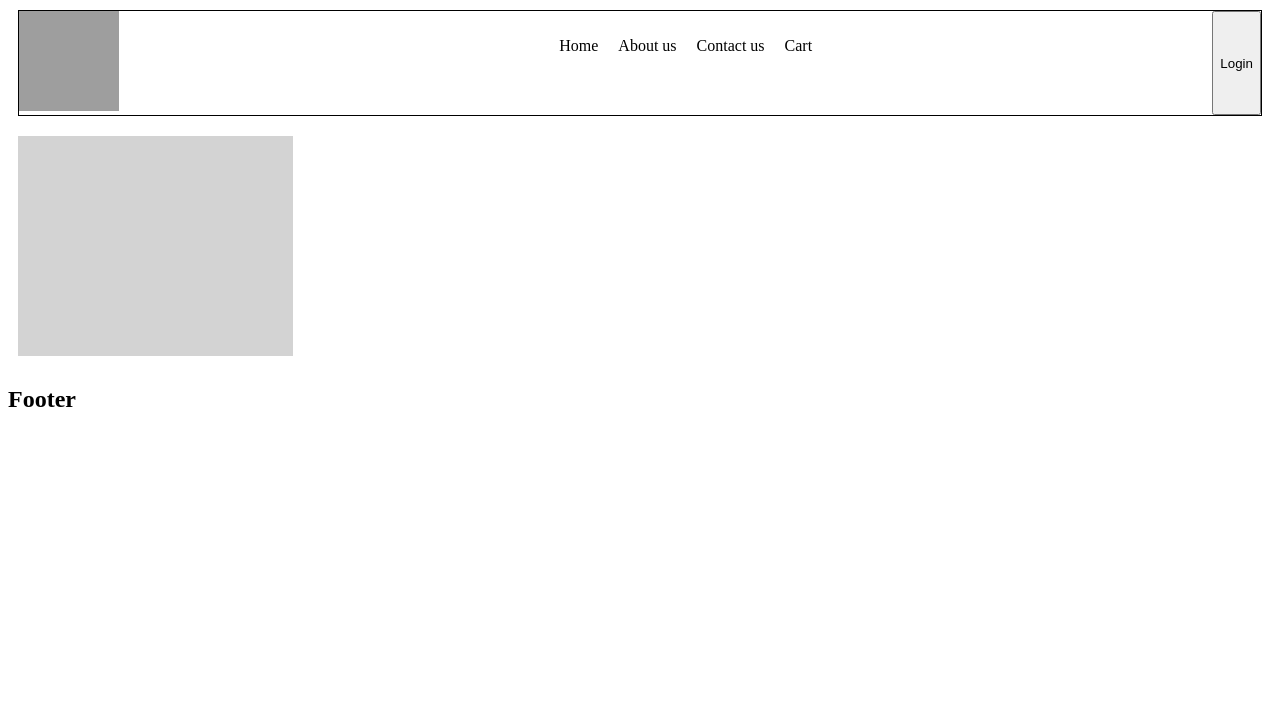
Repository: shivamv97/FOOD-VILLA-APP
Page: /
These files come from the project's save history. The page is drawn as it stood at one moment and after the next save; the edit follows.
The browser window is 1280 px wide. The pictures show the whole page.
Pictures or frames that could not be fetched are drawn as grey boxes. The page's requests for data from a server got no answer. The project was rebuilt for these pictures with package versions that can differ from the ones it lists, and the page was loaded fresh each time. No one was signed in, and anything a server would have sent is missing. Also part of the build but not shown: src/components/RestaurantCards.js.

Above is the page before, as saved 2024-08-02 19:17:22.

### index.html
<!DOCTYPE html>
<html lang="en">
  <head>
    <meta charset="UTF-8" />
    <meta name="viewport" content="width=device-width, initial-scale=1.0" />
    <title>Learning REACT</title>
    <link rel="stylesheet" href="style.css" />
  </head>
  <body>
    <div id="root">Not Rendered</div>
    <!-- <script
      crossorigin
      src="https://unpkg.com/react@18/umd/react.development.js"
    ></script>
    <script
      crossorigin
      src="https://unpkg.com/react-dom@18/umd/react-dom.development.js"
    ></script> -->
    <script type="module" src="src/App.js"></script>
  </body>
</html>

### style.css
.header {
  display: flex;
  justify-content: space-between;
  margin: 10px;
  border: 1px solid black;
}
.nav-items > ul {
  list-style-type: none;
  display: flex;
}

.nav-items > ul > li {
  padding: 10px;
}
.logo {
  width: 100px;
  height: 100px;
}

.card {
  width: 255px;
  border: 1px solid black;
  padding: 10px;
  margin: 10px;
  overflow-wrap: break-word;
}

.card > img {
  width: 100%;
}

.restaurant-list {
  display: flex;
  flex-wrap: wrap;
}

.shimmer-card {
  width: 255px;
  height: 200px;
  background: lightgrey;
  margin: 10px;
  padding: 10px;
}

### src/App.js
import React from "react";
import ReactDOM from "react-dom/client";
import HeaderComponent from "./components/Title";
import Body from "./components/Body";
import Footer from "./components/Footer";

/*
Header
   -logo
   -Nav item(right side)
   -cart
Body
   -Search bar
   -RestrauntList
     -RestrauntCard
     -Image
     -Name
     -Ratings
     -Cusines
Footer
     -Links
     -Copyrigh
*/

const AppLayout = () => {
  return (
    <>
      <HeaderComponent />
      <Body />
      <Footer />
    </>
  );
};

const root = ReactDOM.createRoot(document.getElementById("root"));

root.render(<AppLayout />); //it will override children of div element

### src/components/Title.js
import { useState } from "react";

const LoggedInUser = () => {
  //API used for authentication
  return true;
};

const Title = () => (
  <a href="/ ">
    <img
      className="logo"
      alt="logo"
      src="https://encrypted-tbn0.gstatic.com/images?q=tbn:ANd9GcTJtFXKFKFoihdrJEvX4jBtXqfcO2kJ0KAlIg&s"
    />
  </a>
);

const HeaderComponent = () => {
  const [isLoggedIn, setisLoggedIn] = useState(false);
  return (
    <div className="header">
      <Title />
      <div className="nav-items">
        <ul>
          <li>Home</li>
          <li>About us</li>
          <li>Contact us</li>
          <li>Cart</li>
        </ul>
      </div>
      {isLoggedIn ? (
        <button onClick={() => setisLoggedIn(false)}>Logout</button>
      ) : (
        <button onClick={() => setisLoggedIn(true)}>Login</button>
      )}
    </div>
  );
};

export default HeaderComponent;

### src/components/Body.js
import { restaurantlist } from "../config";
import RestrauntCard from "./RestaurantCards";
import { useState, useEffect } from "react";
import Shimmer from "./shimmer";

function filterdata(searchText, restaurants) {
  return restaurants.filter((restaurant) =>
    restaurant.info.name.toLowerCase().includes(searchText.toLowerCase())
  );
}

const Body = () => {
  // const searchTxt = "KFC"; //for reference...(IN JS)
  const [AllRestaurants, setAllRestaurants] = useState([]);
  const [FilteredRestaurants, setFilteredRestaurants] = useState([]); //restaurantlist
  const [searchText, setsearchText] = useState(""); //To create state variable.......(IN REACT)
  // console.log("render()");

  useEffect(() => {
    //API call
    GetRestaurants();
  }, []);

  async function GetRestaurants() {
    const data = await fetch(
      "https://www.swiggy.com/dapi/restaurants/list/v5?lat=28.7040592&lng=77.10249019999999&collection=83667"
    );
    const json = await data.json();
    console.log(json);
    //you have to make change only in line 32,in cards[i],where i is keep changing in the above api link,try from 0-11
    //it's an config-driven UI,Hence,it's Grid Element position keeps on changing.......
    setAllRestaurants(
      json?.data?.cards[1]?.card?.card?.gridElements?.infoWithStyle?.restaurants
    );
    setFilteredRestaurants(
      json?.data?.cards[1]?.card?.card?.gridElements?.infoWithStyle?.restaurants
    );
  }

  console.log("render");

  //Don't render component(Early Return)
  // if (!AllRestaurants) return null;
  // if (FilteredRestaurants?.length === 0) return <h1>No Restaurants Found!</h1>;

  //Conditional rendering
  return AllRestaurants?.length == 0 ? (
    <Shimmer />
  ) : (
    <>
      <div className="search-box">
        <input
          type="text"
          className="search-input"
          placeholder="Search"
          value={searchText}
          onChange={(e) => {
            setsearchText(e.target.value);
          }}
        />
        <button
          className="search-btn"
          onClick={() => {
            //filter the data according to need
            const data = filterdata(searchText, AllRestaurants);
            setFilteredRestaurants(data);
            //need to update the state-restaurants
          }}
        >
          Search
        </button>
      </div>
      <div className="restaurant-list">
        {
          FilteredRestaurants.map((restaurant) => {
            return (
              <RestrauntCard key={restaurant.info.id} {...restaurant.info} />
            );
          })
          //H.W. => 1.PROPER PLACE FOR NO RESTAURANTS FOUND   2.SEARCH WENT OFF WHEN IT IS SHOWING NO RESTAURANTS FOUND..........
        }
      </div>
    </>
  );
};

export default Body;

### src/components/Footer.js
const Footer = () => {
  return <h2>Footer</h2>;
};

export default Footer;

### src/config.js
//PUT MY all Hard Coded File Here
export const Img_cdn_url =
  "https://media-assets.swiggy.com/swiggy/image/upload/fl_lossy,f_auto,q_auto,w_660/";

//Config Driven UI
export const restaurantlist = [
  //public API of Swiggy
  {
    "@type": "type.googleapis.com/swiggy.presentation.food.v2.Restaurant",
    info: {
      id: "8561",
      name: "Mughlai Junction",
      cloudinaryImageId: "tnl2yuuxi8zjbgru6iqj",
      locality: "Connaught Place",
      areaName: "Connaught Place",
      costForTwo: "₹600 for two",
      cuisines: ["Mughlai", "North Indian", "Tandoor"],
      avgRating: 4.3,
      parentId: "5354",
      avgRatingString: "4.3",
      totalRatingsString: "10K+",
      promoted: true,
      adTrackingId:
        "cid=15007607~p=0~adgrpid=15007607#ag1~mp=SWIGGY_IN~bl=FOOD~aet=RESTAURANT~aeid=8561~eid=321f01bc-98c6-405c-89d6-b18422bb8f70~srvts=1721229990431~collid=83639",
      sla: {
        deliveryTime: 37,
        lastMileTravel: 4.8,
        serviceability: "SERVICEABLE",
        slaString: "35-40 mins",
        lastMileTravelString: "4.8 km",
        iconType: "ICON_TYPE_EMPTY",
      },
      availability: {
        nextCloseTime: "2024-07-17 23:00:00",
        opened: true,
      },
      badges: {},
      isOpen: true,
      type: "F",
      badgesV2: {
        entityBadges: {
          textExtendedBadges: {},
          textBased: {},
          imageBased: {},
        },
      },
      aggregatedDiscountInfoV3: {
        header: "10% OFF",
        subHeader: "UPTO ₹35",
      },
      orderabilityCommunication: {
        title: {},
        subTitle: {},
        message: {},
        customIcon: {},
      },
      differentiatedUi: {
        displayType: "ADS_UI_DISPLAY_TYPE_ENUM_DEFAULT",
        differentiatedUiMediaDetails: {
          mediaType: "ADS_MEDIA_ENUM_IMAGE",
          lottie: {},
          video: {},
        },
      },
      reviewsSummary: {},
      displayType: "RESTAURANT_DISPLAY_TYPE_DEFAULT",
      restaurantOfferPresentationInfo: {},
      externalRatings: {
        aggregatedRating: {
          rating: "4.4",
          ratingCount: "1K+",
        },
        source: "GOOGLE",
        sourceIconImageId: "v1704440323/google_ratings/rating_google_tag",
      },
      ratingsDisplayPreference: "RATINGS_DISPLAY_PREFERENCE_SHOW_SWIGGY",
    },
    analytics: {},
    cta: {
      link: "swiggy://menu?restaurant_id=8561&source=collection&query=Biryani",
      text: "RESTAURANT_MENU",
      type: "DEEPLINK",
    },
    widgetId: "collectionV5RestaurantListWidget_SimRestoRelevance_food",
  },

  {
    "@type": "type.googleapis.com/swiggy.presentation.food.v2.Restaurant",
    info: {
      id: "817359",
      name: "Zahra Restaurant & Cafe",
      cloudinaryImageId: "asaqtuuszx7hzmxpnfpo",
      locality: "Old Delhi",
      areaName: "Old Delhi",
      costForTwo: "₹300 for two",
      cuisines: ["Indian", "Tandoor", "Kebabs", "Snacks", "Biryani"],
      avgRating: 4.3,
      parentId: "229129",
      avgRatingString: "4.3",
      totalRatingsString: "100+",
      sla: {
        deliveryTime: 29,
        lastMileTravel: 1.3,
        serviceability: "SERVICEABLE",
        slaString: "25-30 mins",
        lastMileTravelString: "1.3 km",
        iconType: "ICON_TYPE_EMPTY",
      },
      availability: {
        nextCloseTime: "2024-07-17 22:59:00",
        opened: true,
      },
      badges: {},
      isOpen: true,
      type: "F",
      badgesV2: {
        entityBadges: {
          textExtendedBadges: {},
          textBased: {},
          imageBased: {},
        },
      },
      aggregatedDiscountInfoV3: {
        header: "50% OFF",
        subHeader: "UPTO ₹100",
      },
      orderabilityCommunication: {
        title: {},
        subTitle: {},
        message: {},
        customIcon: {},
      },
      differentiatedUi: {
        displayType: "ADS_UI_DISPLAY_TYPE_ENUM_DEFAULT",
        differentiatedUiMediaDetails: {
          mediaType: "ADS_MEDIA_ENUM_IMAGE",
          lottie: {},
          video: {},
        },
      },
      reviewsSummary: {},
      displayType: "RESTAURANT_DISPLAY_TYPE_DEFAULT",
      restaurantOfferPresentationInfo: {},
      externalRatings: {
        aggregatedRating: {
          rating: "--",
        },
      },
      ratingsDisplayPreference: "RATINGS_DISPLAY_PREFERENCE_SHOW_SWIGGY",
    },
    analytics: {},
    cta: {
      link: "swiggy://menu?restaurant_id=817359&source=collection&query=Biryani",
      text: "RESTAURANT_MENU",
      type: "DEEPLINK",
    },
    widgetId: "collectionV5RestaurantListWidget_SimRestoRelevance_food",
  },

  {
    "@type": "type.googleapis.com/swiggy.presentation.food.v2.Restaurant",
    info: {
      id: "81523",
      name: "Amma Mess",
      cloudinaryImageId: "a09jpzja1zusso85bbmz",
      locality: "Karol Bagh",
      areaName: "Karol Bagh",
      costForTwo: "₹300 for two",
      cuisines: ["South Indian"],
      avgRating: 4.5,
      parentId: "15687",
      avgRatingString: "4.5",
      totalRatingsString: "10K+",
      promoted: true,
      adTrackingId:
        "cid=15010070~p=1~adgrpid=15010070#ag1~mp=SWIGGY_IN~bl=FOOD~aet=RESTAURANT~aeid=81523~eid=b2807d99-426d-4265-8bac-9448c8101a5f~srvts=1721229990431~collid=83639",
      sla: {
        deliveryTime: 37,
        lastMileTravel: 6.3,
        serviceability: "SERVICEABLE",
        slaString: "35-40 mins",
        lastMileTravelString: "6.3 km",
        iconType: "ICON_TYPE_EMPTY",
      },
      availability: {
        nextCloseTime: "2024-07-17 22:30:00",
        opened: true,
      },
      badges: {},
      isOpen: true,
      aggregatedDiscountInfoV2: {},
      type: "F",
      badgesV2: {
        entityBadges: {
          textBased: {},
          imageBased: {},
          textExtendedBadges: {},
        },
      },
      orderabilityCommunication: {
        title: {},
        subTitle: {},
        message: {},
        customIcon: {},
      },
      differentiatedUi: {
        displayType: "ADS_UI_DISPLAY_TYPE_ENUM_DEFAULT",
        differentiatedUiMediaDetails: {
          mediaType: "ADS_MEDIA_ENUM_IMAGE",
          lottie: {},
          video: {},
        },
      },
      reviewsSummary: {},
      displayType: "RESTAURANT_DISPLAY_TYPE_DEFAULT",
      restaurantOfferPresentationInfo: {},
      externalRatings: {
        aggregatedRating: {
          rating: "4.2",
          ratingCount: "1K+",
        },
        source: "GOOGLE",
        sourceIconImageId: "v1704440323/google_ratings/rating_google_tag",
      },
      ratingsDisplayPreference: "RATINGS_DISPLAY_PREFERENCE_SHOW_SWIGGY",
    },
    analytics: {},
    cta: {
      link: "swiggy://menu?restaurant_id=81523&source=collection&query=Biryani",
      text: "RESTAURANT_MENU",
      type: "DEEPLINK",
    },
    widgetId: "collectionV5RestaurantListWidget_SimRestoRelevance_food",
  },

  {
    "@type": "type.googleapis.com/swiggy.presentation.food.v2.Restaurant",
    info: {
      id: "144716",
      name: "Mughlai Invitation",
      cloudinaryImageId: "a4530760ed2ff35b487605618cc6dc45",
      areaName: "Chandni Chowk",
      costForTwo: "₹200 for two",
      cuisines: ["Indian", "Mughlai", "Biryani", "Sweets"],
      avgRating: 4.6,
      parentId: "141076",
      avgRatingString: "4.6",
      totalRatingsString: "100+",
      sla: {
        deliveryTime: 30,
        lastMileTravel: 1.5,
        serviceability: "SERVICEABLE",
        slaString: "30-35 mins",
        lastMileTravelString: "1.5 km",
        iconType: "ICON_TYPE_EMPTY",
      },
      availability: {
        nextCloseTime: "2024-07-17 22:59:00",
        opened: true,
      },
      badges: {},
      isOpen: true,
      aggregatedDiscountInfoV2: {},
      type: "F",
      badgesV2: {
        entityBadges: {
          textExtendedBadges: {},
          textBased: {},
          imageBased: {},
        },
      },
      orderabilityCommunication: {
        title: {},
        subTitle: {},
        message: {},
        customIcon: {},
      },
      differentiatedUi: {
        displayType: "ADS_UI_DISPLAY_TYPE_ENUM_DEFAULT",
        differentiatedUiMediaDetails: {
          mediaType: "ADS_MEDIA_ENUM_IMAGE",
          lottie: {},
          video: {},
        },
      },
      reviewsSummary: {},
      displayType: "RESTAURANT_DISPLAY_TYPE_DEFAULT",
      restaurantOfferPresentationInfo: {},
      externalRatings: {
        aggregatedRating: {
          rating: "4.8",
          ratingCount: "100+",
        },
        source: "GOOGLE",
        sourceIconImageId: "v1704440323/google_ratings/rating_google_tag",
      },
      ratingsDisplayPreference: "RATINGS_DISPLAY_PREFERENCE_SHOW_SWIGGY",
    },
    analytics: {},
    cta: {
      link: "swiggy://menu?restaurant_id=144716&source=collection&query=Biryani",
      text: "RESTAURANT_MENU",
      type: "DEEPLINK",
    },
    widgetId: "collectionV5RestaurantListWidget_SimRestoRelevance_food",
  },

  {
    "@type": "type.googleapis.com/swiggy.presentation.food.v2.Restaurant",
    info: {
      id: "64321",
      name: "Southern Masala",
      cloudinaryImageId: "14527e27a298304dd07904f777372cb5",
      locality: "Karol Bagh",
      areaName: "Karol Bagh",
      costForTwo: "₹350 for two",
      cuisines: ["Andhra", "Biryani", "South Indian", "Thalis"],
      avgRating: 3.9,
      parentId: "17286",
      avgRatingString: "3.9",
      totalRatingsString: "1K+",
      promoted: true,
      adTrackingId:
        "cid=15472783~p=2~adgrpid=15472783#ag1~mp=SWIGGY_IN~bl=FOOD~aet=RESTAURANT~aeid=64321~eid=785e1ed6-7474-46a2-ba9f-4a9325d5fabc~srvts=1721229990431~collid=83639",
      sla: {
        deliveryTime: 38,
        lastMileTravel: 5,
        serviceability: "SERVICEABLE",
        slaString: "35-40 mins",
        lastMileTravelString: "5.0 km",
        iconType: "ICON_TYPE_EMPTY",
      },
      availability: {
        nextCloseTime: "2024-07-17 22:00:00",
        opened: true,
      },
      badges: {},
      isOpen: true,
      type: "F",
      badgesV2: {
        entityBadges: {
          textBased: {},
          imageBased: {},
          textExtendedBadges: {},
        },
      },
      aggregatedDiscountInfoV3: {
        header: "₹125 OFF",
        subHeader: "ABOVE ₹199",
        discountTag: "FLAT DEAL",
      },
      orderabilityCommunication: {
        title: {},
        subTitle: {},
        message: {},
        customIcon: {},
      },
      differentiatedUi: {
        displayType: "ADS_UI_DISPLAY_TYPE_ENUM_DEFAULT",
        differentiatedUiMediaDetails: {
          mediaType: "ADS_MEDIA_ENUM_IMAGE",
          lottie: {},
          video: {},
        },
      },
      reviewsSummary: {},
      displayType: "RESTAURANT_DISPLAY_TYPE_DEFAULT",
      restaurantOfferPresentationInfo: {},
      externalRatings: {
        aggregatedRating: {
          rating: "4.1",
          ratingCount: "100+",
        },
        source: "GOOGLE",
        sourceIconImageId: "v1704440323/google_ratings/rating_google_tag",
      },
      ratingsDisplayPreference: "RATINGS_DISPLAY_PREFERENCE_SHOW_SWIGGY",
    },
    analytics: {},
    cta: {
      link: "swiggy://menu?restaurant_id=64321&source=collection&query=Biryani",
      text: "RESTAURANT_MENU",
      type: "DEEPLINK",
    },
    widgetId: "collectionV5RestaurantListWidget_SimRestoRelevance_food",
  },
];

### src/components/shimmer.js
const Shimmer = () => {
  return (
    <div className="restaurant-list">
      <div className="shimmer-card"></div>
    </div>
  );
};

export default Shimmer;

After the next save:
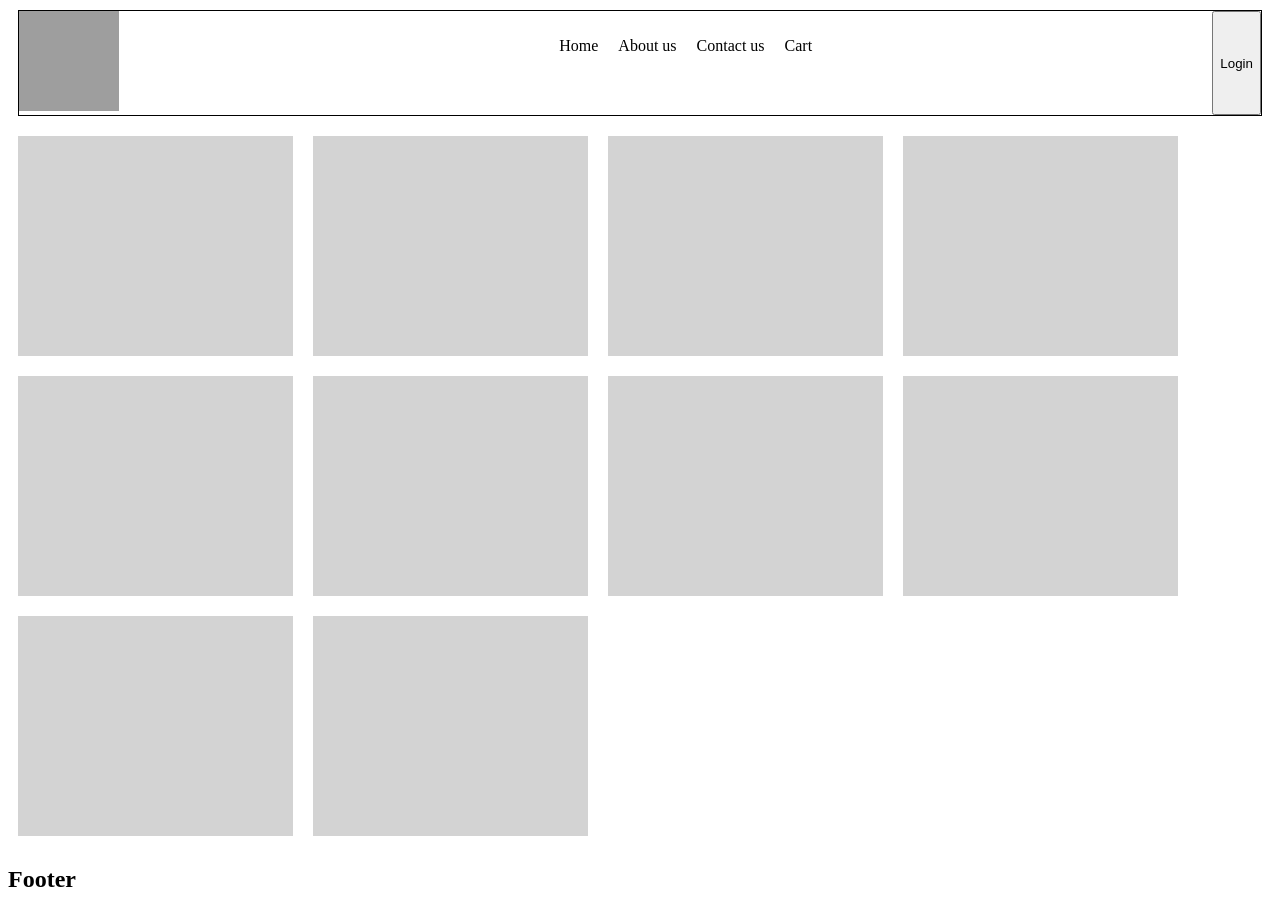
Saved 88 s later.
--- a/src/components/shimmer.js
+++ b/src/components/shimmer.js
@@ -1,7 +1,11 @@
 const Shimmer = () => {
   return (
     <div className="restaurant-list">
-      <div className="shimmer-card"></div>
+      {Array(10)
+        .fill("")
+        .map((e) => (
+          <div className="shimmer-card"></div>
+        ))}
     </div>
   );
 };

After the save that followed:
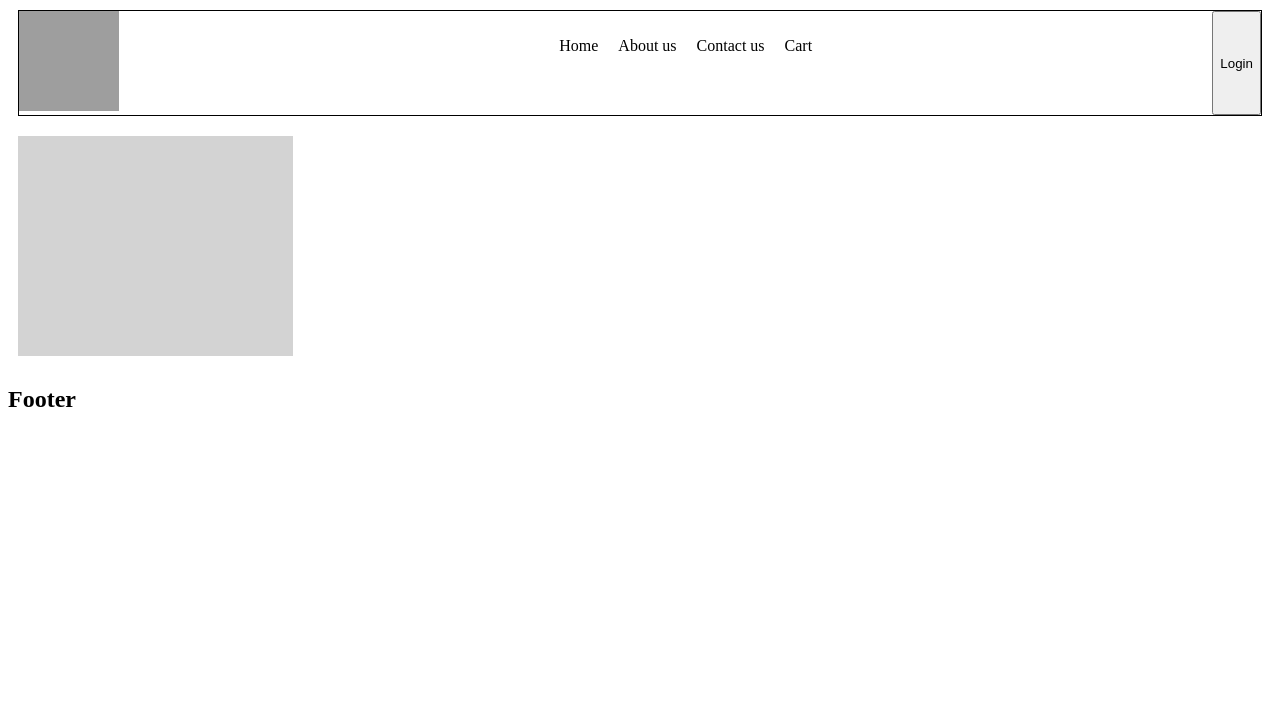
Saved 5 min 21 s later.
--- a/src/components/shimmer.js
+++ b/src/components/shimmer.js
@@ -1,11 +1,7 @@
 const Shimmer = () => {
   return (
     <div className="restaurant-list">
-      {Array(10)
-        .fill("")
-        .map((e) => (
-          <div className="shimmer-card"></div>
-        ))}
+      <div className="shimmer-card"></div>
     </div>
   );
 };
